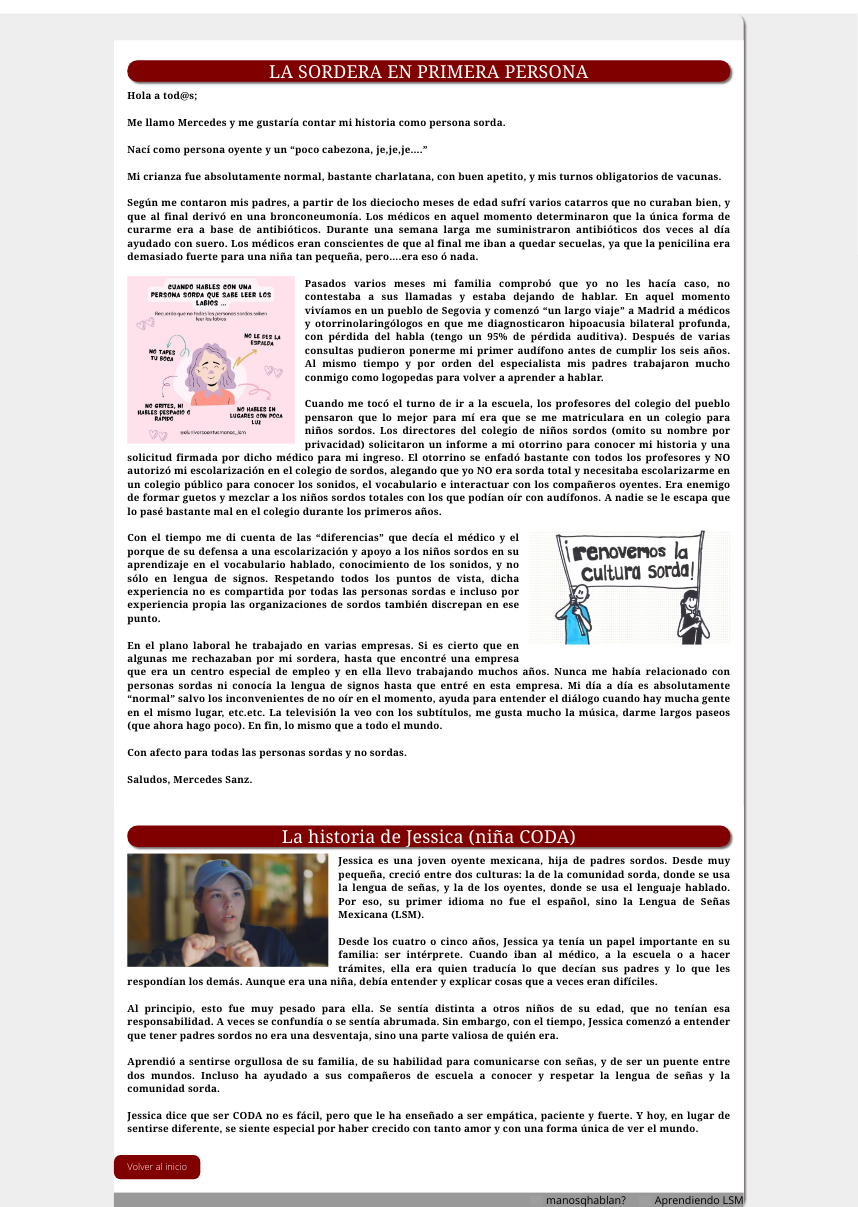
Repository: Ros4ri/beta
Page: relatos.html
These files come from the project's save history. The page is drawn as it stood at one moment and after the next save; the edit follows.
The browser window is 1280 px wide. The pictures show the whole page, at 67% of full size.
Pictures or frames that could not be fetched are drawn as grey boxes.

Above is the page before, as saved 2025-06-02 20:28:37.

After the next save:
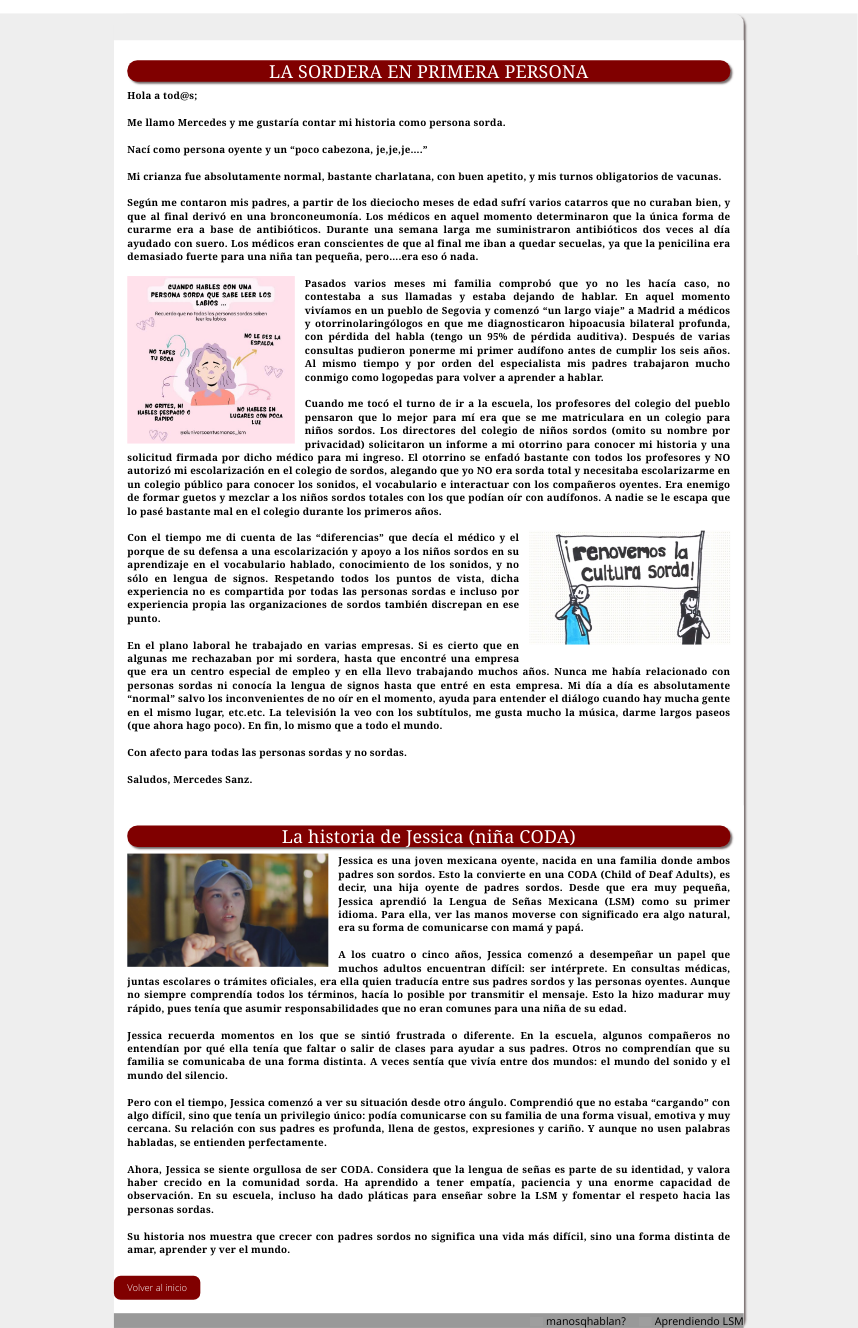
Saved 3 min 16 s later.
--- a/relatos.html
+++ b/relatos.html
@@ -64,15 +64,17 @@ Mercedes Sanz.
 <h2 class="text-center fg-white efectos" style="background-color: #800000; font-family:Cambria, Cochin, Georgia, Times, 'Times New Roman', serif;">La historia de Jessica (niña CODA)</h2>
 <h4 style="font-family: Cambria, Cochin, Georgia, Times, 'Times New Roman', serif; text-align: justify;">
     <img src="img/jessica.jpeg" width="300" height="200" style="float: left; margin-right: 15px; margin-bottom: 10px;">
-   Jessica es una joven oyente mexicana, hija de padres sordos. Desde muy pequeña, creció entre dos culturas: la de la comunidad sorda, donde se usa la lengua de señas, y la de los oyentes, donde se usa el lenguaje hablado. Por eso, su primer idioma no fue el español, sino la Lengua de Señas Mexicana (LSM).<br>
+   Jessica es una joven mexicana oyente, nacida en una familia donde ambos padres son sordos. Esto la convierte en una CODA (Child of Deaf Adults), es decir, una hija oyente de padres sordos. Desde que era muy pequeña, Jessica aprendió la Lengua de Señas Mexicana (LSM) como su primer idioma. Para ella, ver las manos moverse con significado era algo natural, era su forma de comunicarse con mamá y papá.<br>
 <br>
-Desde los cuatro o cinco años, Jessica ya tenía un papel importante en su familia: ser intérprete. Cuando iban al médico, a la escuela o a hacer trámites, ella era quien traducía lo que decían sus padres y lo que les respondían los demás. Aunque era una niña, debía entender y explicar cosas que a veces eran difíciles.<br>
+A los cuatro o cinco años, Jessica comenzó a desempeñar un papel que muchos adultos encuentran difícil: ser intérprete. En consultas médicas, juntas escolares o trámites oficiales, era ella quien traducía entre sus padres sordos y las personas oyentes. Aunque no siempre comprendía todos los términos, hacía lo posible por transmitir el mensaje. Esto la hizo madurar muy rápido, pues tenía que asumir responsabilidades que no eran comunes para una niña de su edad.<br>
 <br>
-Al principio, esto fue muy pesado para ella. Se sentía distinta a otros niños de su edad, que no tenían esa responsabilidad. A veces se confundía o se sentía abrumada. Sin embargo, con el tiempo, Jessica comenzó a entender que tener padres sordos no era una desventaja, sino una parte valiosa de quién era.<br>
+Jessica recuerda momentos en los que se sintió frustrada o diferente. En la escuela, algunos compañeros no entendían por qué ella tenía que faltar o salir de clases para ayudar a sus padres. Otros no comprendían que su familia se comunicaba de una forma distinta. A veces sentía que vivía entre dos mundos: el mundo del sonido y el mundo del silencio.<br>
 <br>
-Aprendió a sentirse orgullosa de su familia, de su habilidad para comunicarse con señas, y de ser un puente entre dos mundos. Incluso ha ayudado a sus compañeros de escuela a conocer y respetar la lengua de señas y la comunidad sorda.<br>
+Pero con el tiempo, Jessica comenzó a ver su situación desde otro ángulo. Comprendió que no estaba “cargando” con algo difícil, sino que tenía un privilegio único: podía comunicarse con su familia de una forma visual, emotiva y muy cercana. Su relación con sus padres es profunda, llena de gestos, expresiones y cariño. Y aunque no usen palabras habladas, se entienden perfectamente.<br>
 <br>
-Jessica dice que ser CODA no es fácil, pero que le ha enseñado a ser empática, paciente y fuerte. Y hoy, en lugar de sentirse diferente, se siente especial por haber crecido con tanto amor y con una forma única de ver el mundo.<br>
+Ahora, Jessica se siente orgullosa de ser CODA. Considera que la lengua de señas es parte de su identidad, y valora haber crecido en la comunidad sorda. Ha aprendido a tener empatía, paciencia y una enorme capacidad de observación. En su escuela, incluso ha dado pláticas para enseñar sobre la LSM y fomentar el respeto hacia las personas sordas.<br>
+<br>
+Su historia nos muestra que crecer con padres sordos no significa una vida más difícil, sino una forma distinta de amar, aprender y ver el mundo.<br>
 </h4>
         </div>
     </article>
